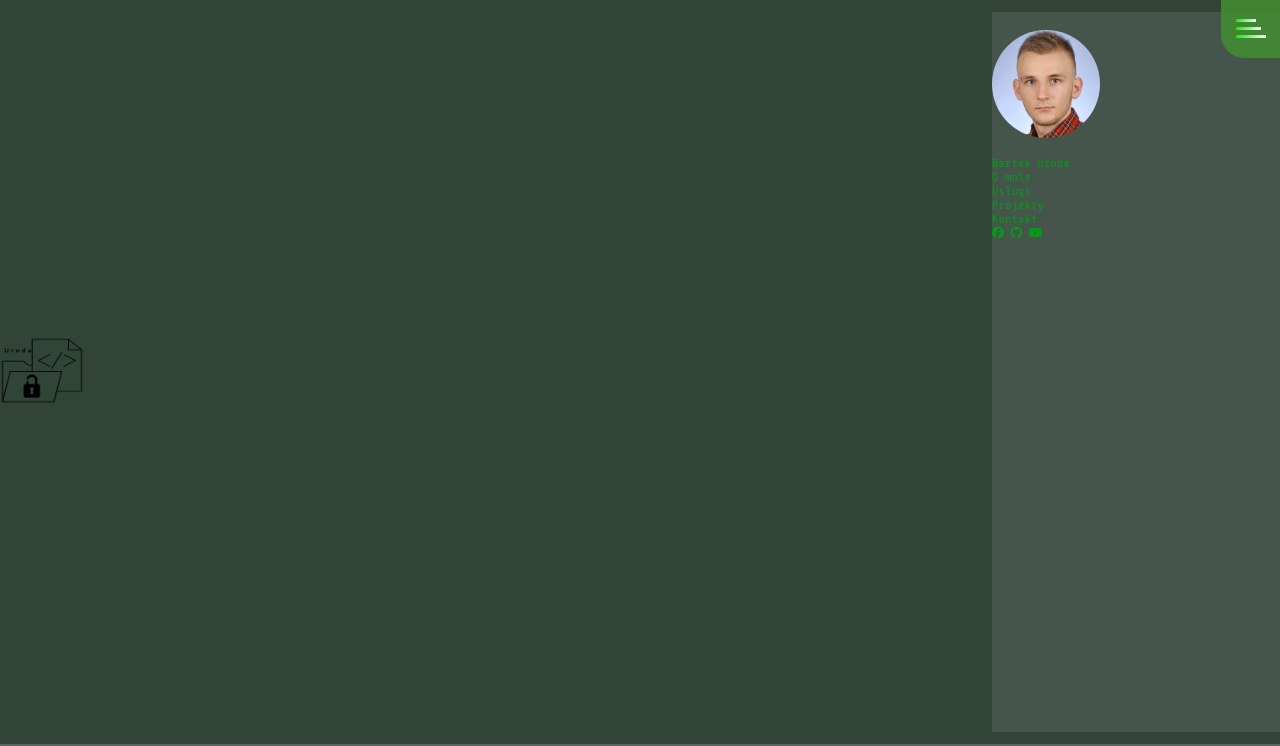
Repository: BartekUroda/portfolio
Page: index.html
The author's editor kept a copy of each file at every save. The page is drawn from the files as they stood at one save, then again after the next save.
The browser window is 1280 px wide. The pictures show the whole page.
Some web libraries are served in a nearby version.

Above is the page before, as saved 2020-10-26 21:37:39.

### index.html
<!DOCTYPE html>
<html lang="en">
<head>
    <meta charset="UTF-8">
    <meta name="viewport" content="width=device-width, initial-scale=1.0">
    <title>Portfolio-Bartek Uroda</title>
    <link rel="stylesheet" type="text/css" href="css/style.css">
    <script src="js/script.js"></script>
    <link href="https://fonts.googleapis.com/css2?family=Poppins&sfamily=Share+Tech+Mono&display=swap" rel="stylesheet">
    <script src="https://kit.fontawesome.com/056e5c10dc.js" crossorigin="anonymous"></script>
    <link rel="shortcut icon" type="image/x-icon" href="images/favicon.ico" />
</head>
 <body>
    <header>
        <div class="container">
            <nav>
                <div class="nav-brand">
                    <a href="index.html">
                        <img src="images/logo.png" alt="Uroda">
                    </a>
                </div>
                <div class="burger-menu-icon">
                    <div class="line1"></div>
                    <div class="line2"></div>
                    <div class="line3"></div>
                </div>
                <ul class="nav-list">
                    <li class="nav-item">
                      <a href="#landing-page">
                        <img
                          src="images/profile.jpeg"
                          alt="Bartek Uroda"
                          class="profile-pic nav-link"
                        >
                        <span class="caption nav-link">Bartek Uroda</span>
                      </a>
                    </li>
                    <li class="nav-item">
                      <a href="#about" class="nav-link">O mnie</a>
                    </li>
                    <li class="nav-item">
                      <a href="#services" class="nav-link">Usługi</a>
                    </li>
                    <li class="nav-item">
                      <a href="#projects" class="nav-link">Projekty</a>
                    </li>
                    <li class="nav-item">
                      <a href="#contact" class="nav-link">Kontakt</a>
                    </li>
                    <li class="nav-item">
                      <a href="https://www.facebook.com/bartlomiej.uroda.3" target="_blank" class="nav-link">
                        <i class="fab fa-facebook"></i>
                      </a>
                      <a href="https://github.com/Urodii" target="_blank" class="nav-link">
                        <i class="fab fa-github"></i>
                      </a>
                      <a href="https://www.youtube.com/channel/UCzT1h5RNvmbtrmKT5hPjyAg?view_as=subscriber" target="_blank" class="nav-link">
                        <i class="fab fa-youtube"></i>
                      </a>
                    </li>
                  </ul>
            </nav>
        </div>
    </header>
 </body>
</html>

### css/style.css
/* ----------GLOBAL STYLES---------- */
*,
*::before,
*::after {
  margin: 0;
  padding: 0;
  box-sizing: inherit;
}
html {
    font-family: "Share Tech Mono", monospace;
    font-size: 12px;
    box-sizing: border-box;
    scroll-behavior: smooth;
    color: #e7e7e7;
    background: rgb(49, 68, 56);
}

a {
    text-decoration: none;
    color: rgb(3, 155, 23);
}

a:hover {
    color: rgba(249, 105, 14, 1);
}

ul {
    list-style: none;
}

p {
    font-size: 1.4rem;
}

img {
    width: 100%;
    max-width: 100%;
    height: auto;
}
/* ----------HEADER---------- */
header {
    width: 100%;
    height: 5rem;
    position: absolute;
    top: 0;
    left: 0;
    z-index: 1;
}
.contenier {
    width: 100%;
    max-width: 90rem;
    margin: 0 auto;
    padding: 0 1.5rem;
}
.nav-brand {
    width: 7rem;
}
nav {
    width: 100%;
    display: flex;
    align-items: center;
    justify-content: space-between;
    padding: 1rem 0;
    border-bottom: 2px solid rgba(255, 255, 255, .2);
}
.line1 {
    width: 20px;
    height: 3px;
    margin: 5px 0;
    background: linear-gradient(
      135deg,
      rgb(27, 218, 10) 0%,
      rgb(255, 255, 255) 100%
    );
}
.line2 {
    width: 25px;
    height: 3px;
    background: linear-gradient(
      135deg,
      rgb(27, 218, 10) 0%,
      rgb(255, 255, 255) 100%
    );
}
.line3 {
    width: 30px;
    height: 3px;
    margin: 5px 0;
    background: linear-gradient(
      135deg,
      rgb(27, 218, 10) 0%,
      rgb(255, 255, 255) 100%
    );
}
.burger-menu-icon {
    cursor: pointer;
    z-index: 999;
    position: fixed;
    right: 0;
    top: 0;
    background-color: rgba(67, 145, 47, 0.815);
    padding: 1.2rem;
    border-radius: 0% 0% 0% 40%;
}
.profile-pic {
    height: 9rem;
    width: auto;
    border-radius: 50%;
    display: block;
    margin: 1.5rem 0;
}
.caption {
    display: block;
}
.nav-list {
    width: 24rem;
    height: 100vh;
    background-color:  rgb(69, 85, 75);
}

Loaded but not shown: js/script.js (no stored copy; drawn as an empty file)

After the next save:
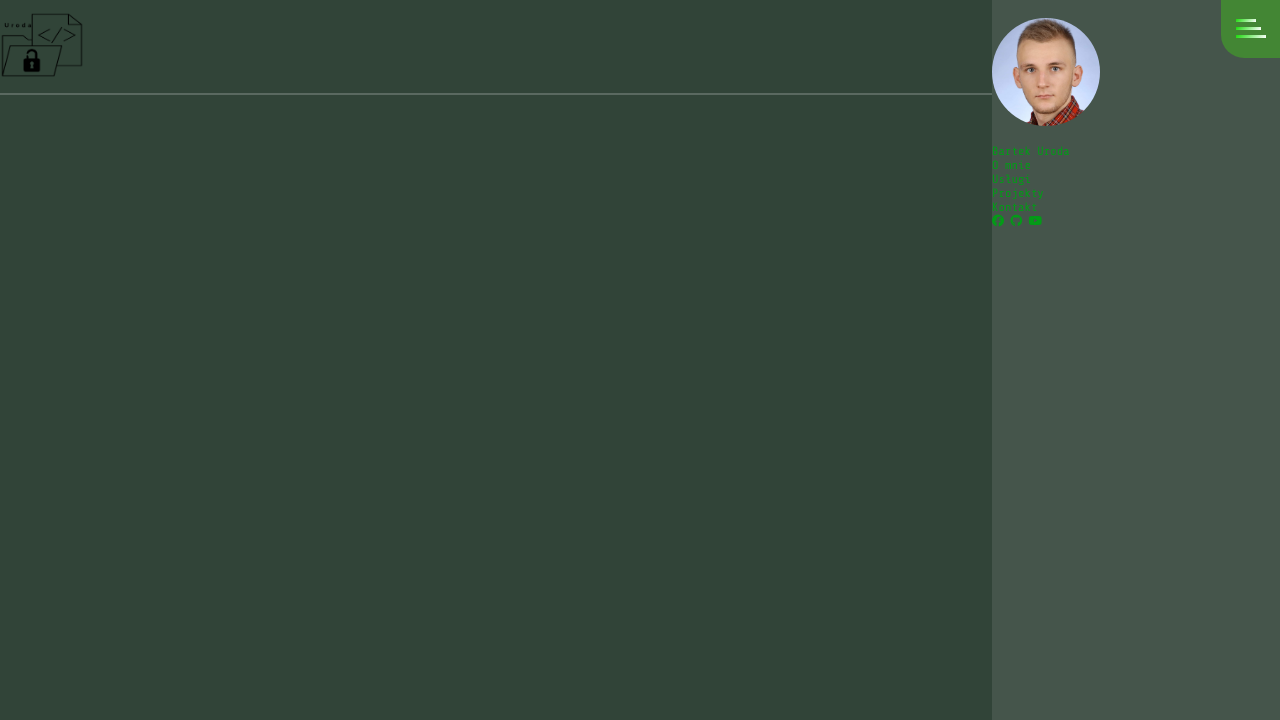
Saved 31 s later.
--- a/css/style.css
+++ b/css/style.css
@@ -116,4 +116,7 @@ nav {
     width: 24rem;
     height: 100vh;
     background-color:  rgb(69, 85, 75);
+    position: fixed;
+    top: 0;
+    right: 0;
 }
